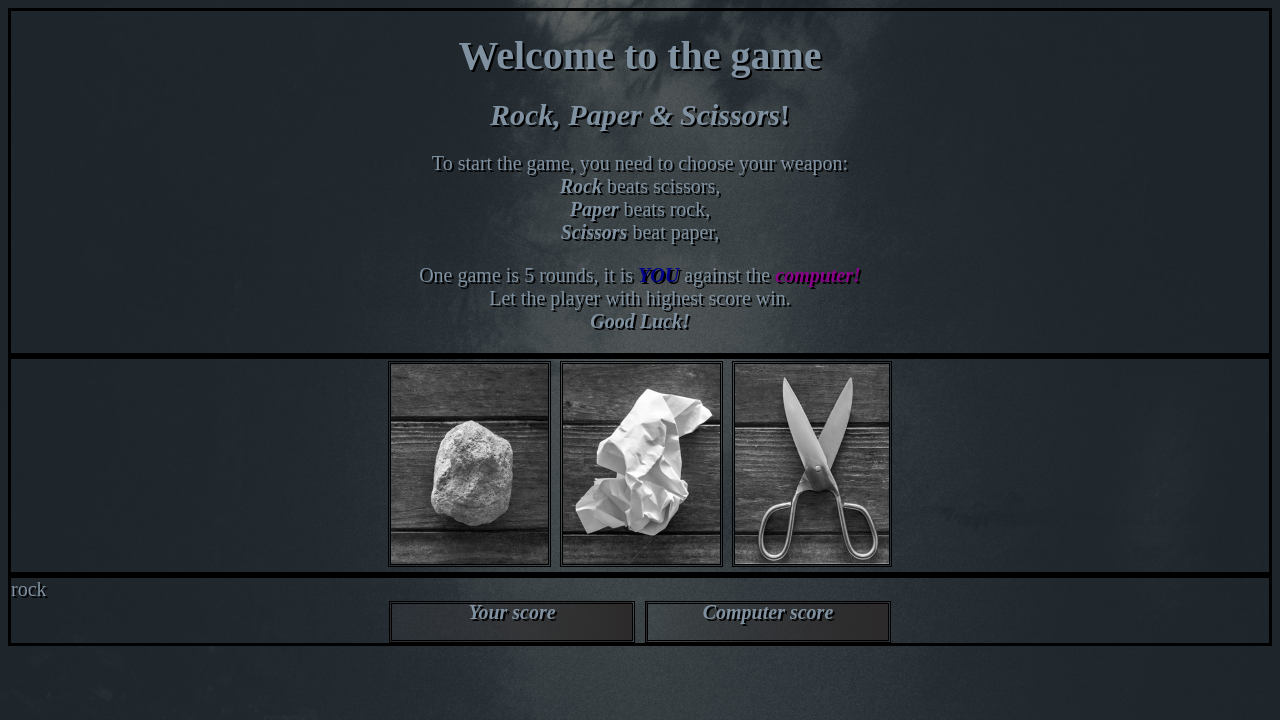
Repository: agneta1991/rock-paper-scissors
Page: Desktop/coding/index.html
An editor plug-in stored every save of this project. The page is shown before and after the next save, followed by the edit.
The browser window is 1280 px wide. The pictures show the whole page.

Above is the page before, as saved 2023-03-03 10:11:29.

After the next save:
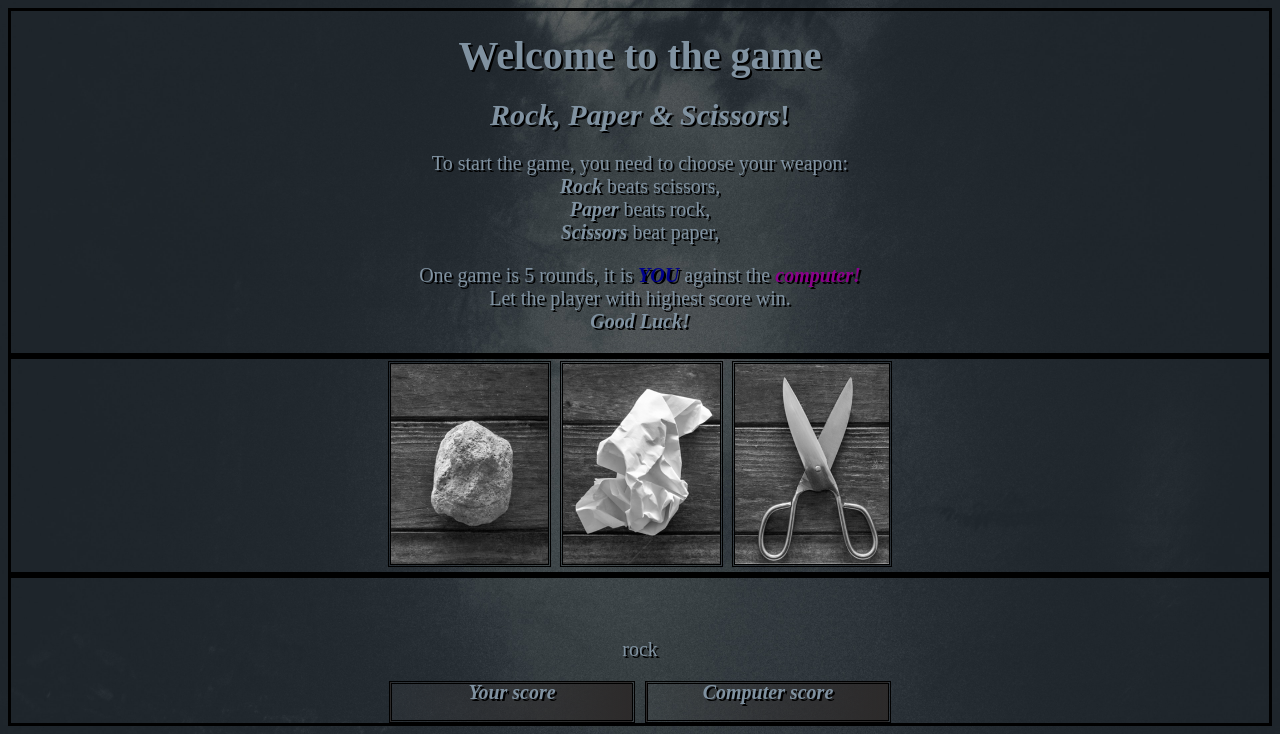
Saved 51 s later.
--- a/Desktop/coding/styles.css
+++ b/Desktop/coding/styles.css
@@ -48,6 +48,7 @@
     -webkit-transition: .2s
     ease-in-out;
     transition: .2s ease-in-out;
+
 }
 
 img:hover {
@@ -72,7 +73,7 @@
 
 }
 
-#displayed{
+#playerChoice, #computerChoice{
     padding: 20px;
     display: flex;
     justify-content: center;

After the save that followed:
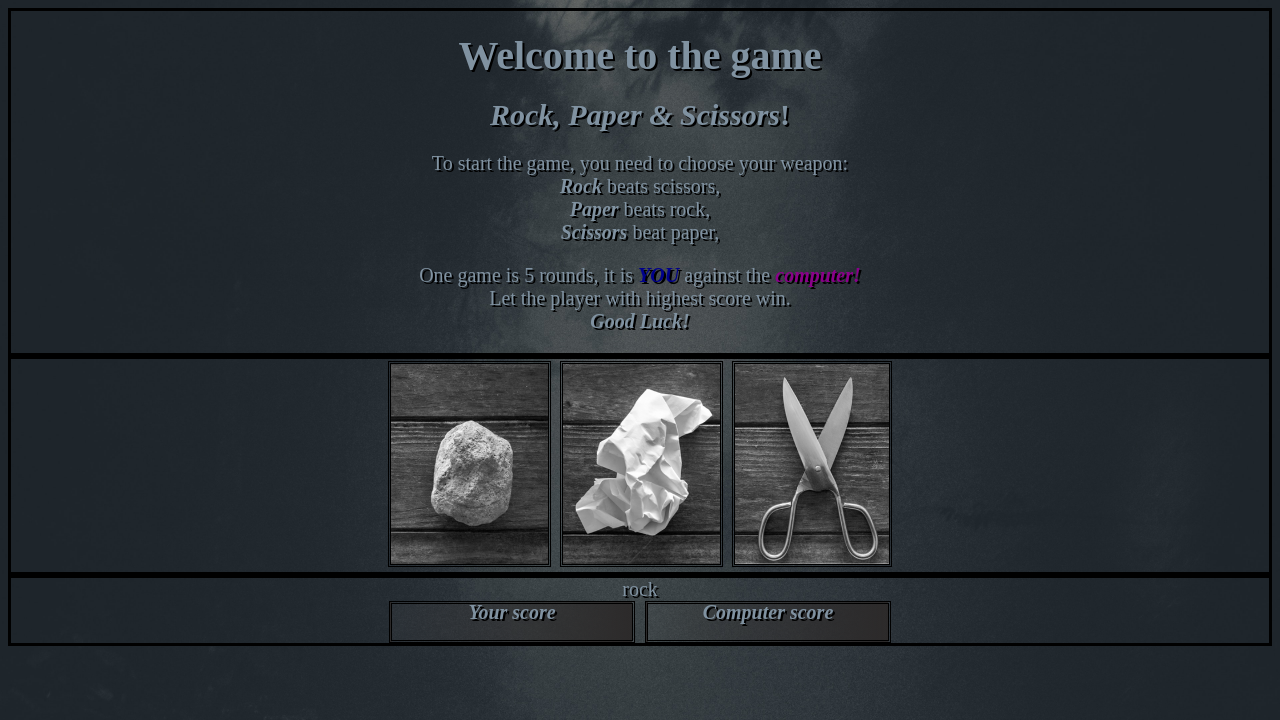
Saved 31 s later.
--- a/Desktop/coding/styles.css
+++ b/Desktop/coding/styles.css
@@ -74,7 +74,7 @@
 }
 
 #playerChoice, #computerChoice{
-    padding: 20px;
+    padding: 0%;
     display: flex;
     justify-content: center;
     text-align: center;
